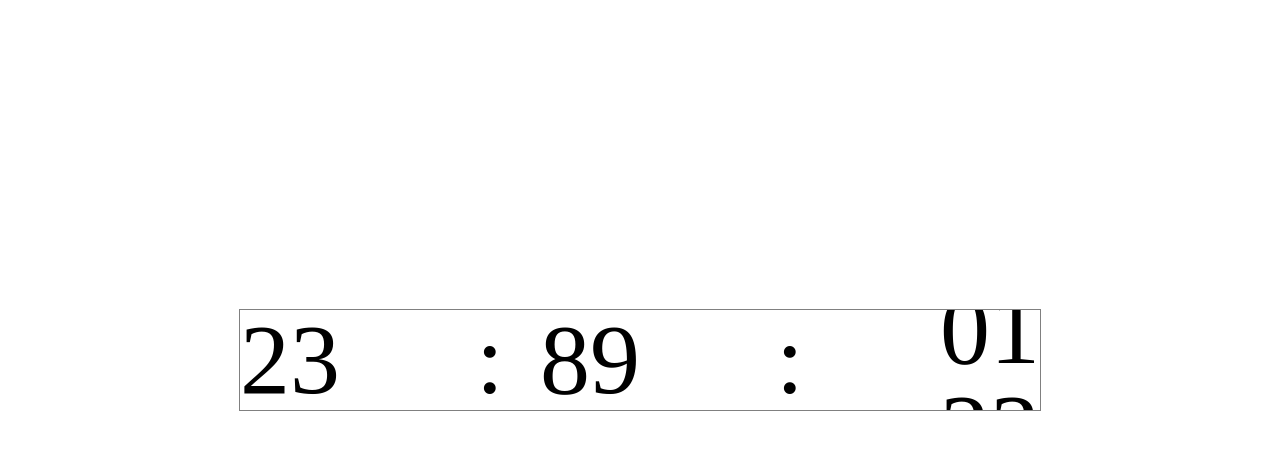
Repository: cbtpro/javascript
Page: src/animation-time/index.html
An editor plug-in stored every save of this project. The page is shown before and after the next save, followed by the edit.
The browser window is 1280 px wide. The pictures show the whole page.

Above is the page before, as saved 2023-04-05 17:46:19.

### src/animation-time/index.html
<!DOCTYPE html>
<html lang="zh" dir="ltr">

<head>
  <meta charset="utf-8">
  <title>动画时间</title>
  <style type="text/css">
    * {
      margin: 0;
      padding: 0;
    }
    html,
    body {
      margin: 0;
    }

    .container {
      position: absolute;
      font-size: 100px;
      top: 50%;
      left: 50%;
      width: 8em;
      height: 1em;
      transform: translate(-50%, -50%);
      border: 1px gray solid;
      overflow: hidden;
    }

    .time-split, .time-block {
      float: left;
      position: relative;
      width: 1em;
      line-height: 1em;
      text-align: center;
      word-wrap: break-word;
      transition: top 0.5s;
    }
  </style>
  <script type="text/javascript">
    /**
    * 生成安全随机数
    * @param {*} min 最小值（包含）
    * @param {*} max 最大值（包含）
    * @param {*} isFloat 是否带小数
    * @returns {number} 范围内随机数
    */
    const random = function (min = 0, max = 100, isFloat = false) {
      const array = new Uint32Array(1)
      const maxUint = 0xffffffff
      const randomNumber = crypto.getRandomValues(array)[0] / maxUint
      const randomRangeValue = (max - min + 1) * randomNumber + min
      return isFloat ? randomRangeValue : Math.floor(randomRangeValue)
    }
    // window.onload = () => {
    //   let timeBlocks = document.querySelectorAll('.time-block')
    //   setInterval(() => {
    //     let now = new Date()
    //     let timeStr = `${now.getHours()}${now.getMinutes()}${now.getSeconds()}`
    //     Array.from(timeStr, (num, i) => {
    //       let n = Number(num);
    //       timeBlocks.item(i).style.top = -83 * n + 'px';
    //     })
    //   }, 1000)
    // }
    const tick = (timeBlocks) => {
      let now = new Date()
      let timeStr = `${now.getHours()}${now.getMinutes()}${now.getSeconds()}`
      console.log(timeStr);
      Array.from(timeStr, (num, i) => {
        let n = Number(num);
        timeBlocks.item(i).style.top = -1 * n + 'em';
      })
    }
    const start = () => {
      let timeBlocks = document.querySelectorAll('.time-block')
      window.setTimeout(() => {
        tick(timeBlocks);
        start();
      }, 1000)
    };
    window.onload = () => {
      start();
    }
  </script>
</head>

<body>
  <div class="container">
    <div class="time-block">0123456789</div>
    <div class="time-block">0123456789</div>
    <div class="time-split">:</div>
    <div class="time-block">0123456789</div>
    <div class="time-block">0123456789</div>
    <div class="time-split">:</div>
    <div class="time-block">0123456789</div>
    <div class="time-block">0123456789</div>
  </div>
</body>

</html>

After the next save:
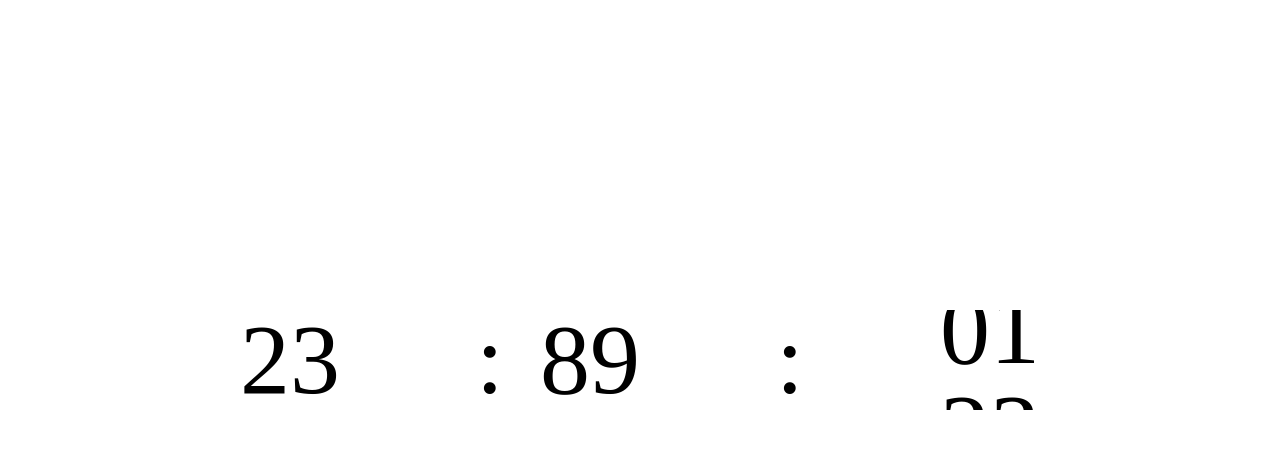
Saved 56 s later.
--- a/src/animation-time/index.html
+++ b/src/animation-time/index.html
@@ -22,7 +22,7 @@
       width: 8em;
       height: 1em;
       transform: translate(-50%, -50%);
-      border: 1px gray solid;
+      /* border: 1px gray solid; */
       overflow: hidden;
     }
 
